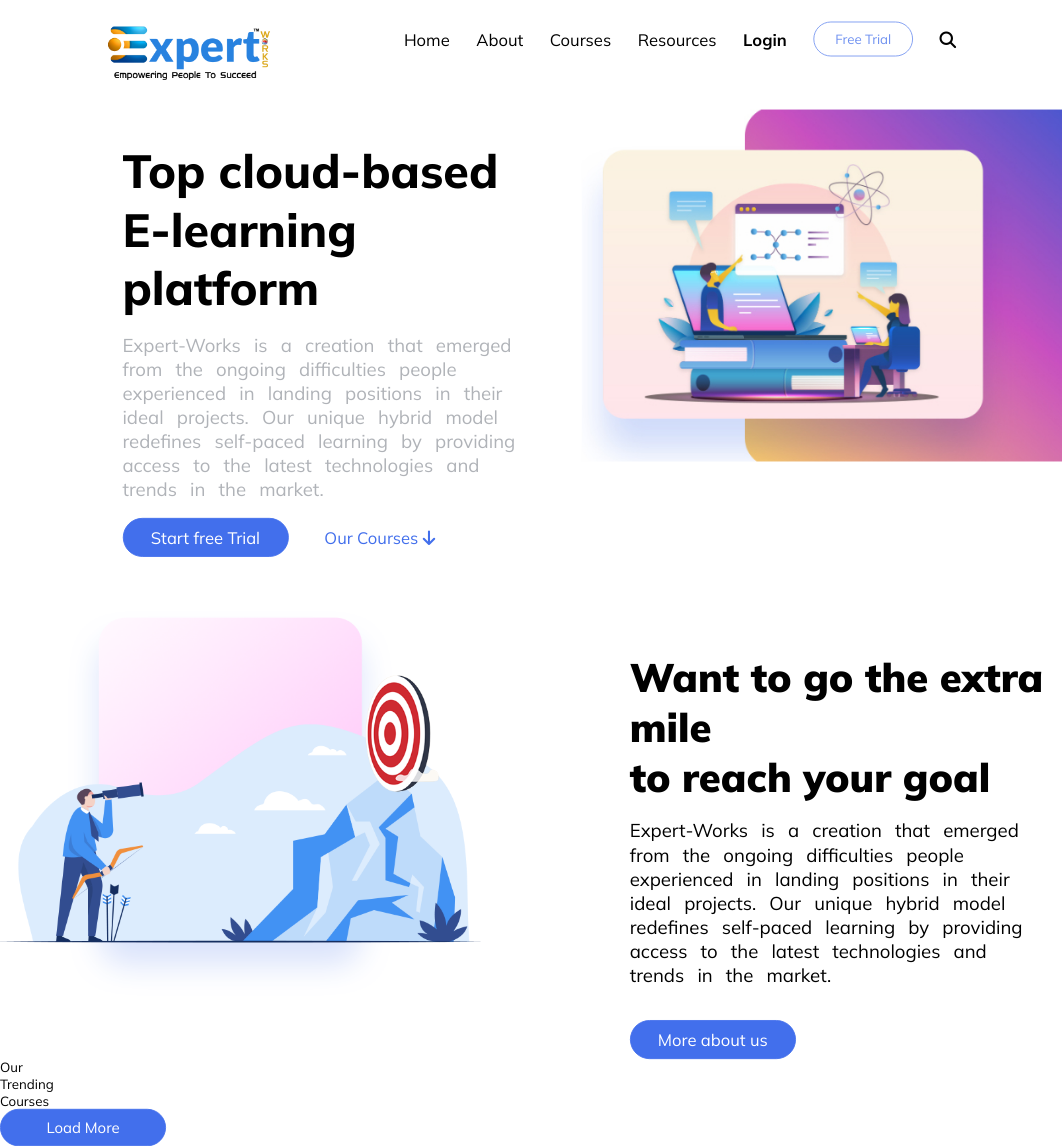
Repository: FlyweisReact/Raghu-B2C
Page: /homePage
The author's editor kept a copy of each file at every save. The page is drawn from the files as they stood at one save, then again after the next save.
The browser window is 1280 px wide. The pictures show the whole page, at 83% of full size.
Some web libraries are served in a nearby version. The project was rebuilt for these pictures with package versions that can differ from the ones it lists, and the page was loaded fresh each time. Also part of the build but not shown: src/Footer/footer.scss, src/Footer/Footer.jsx, src/component/pages/courses/course.scss, src/component/Navbar/nav.scss, src/component/Navbar/Nav.jsx, src/component/navigation/NavItems.js, src/component/navigation/Dropdown.css, src/component/navigation/Dropdown.js and 43 more.

Above is the page before, as saved 2023-02-03 15:54:03.

After the next save:
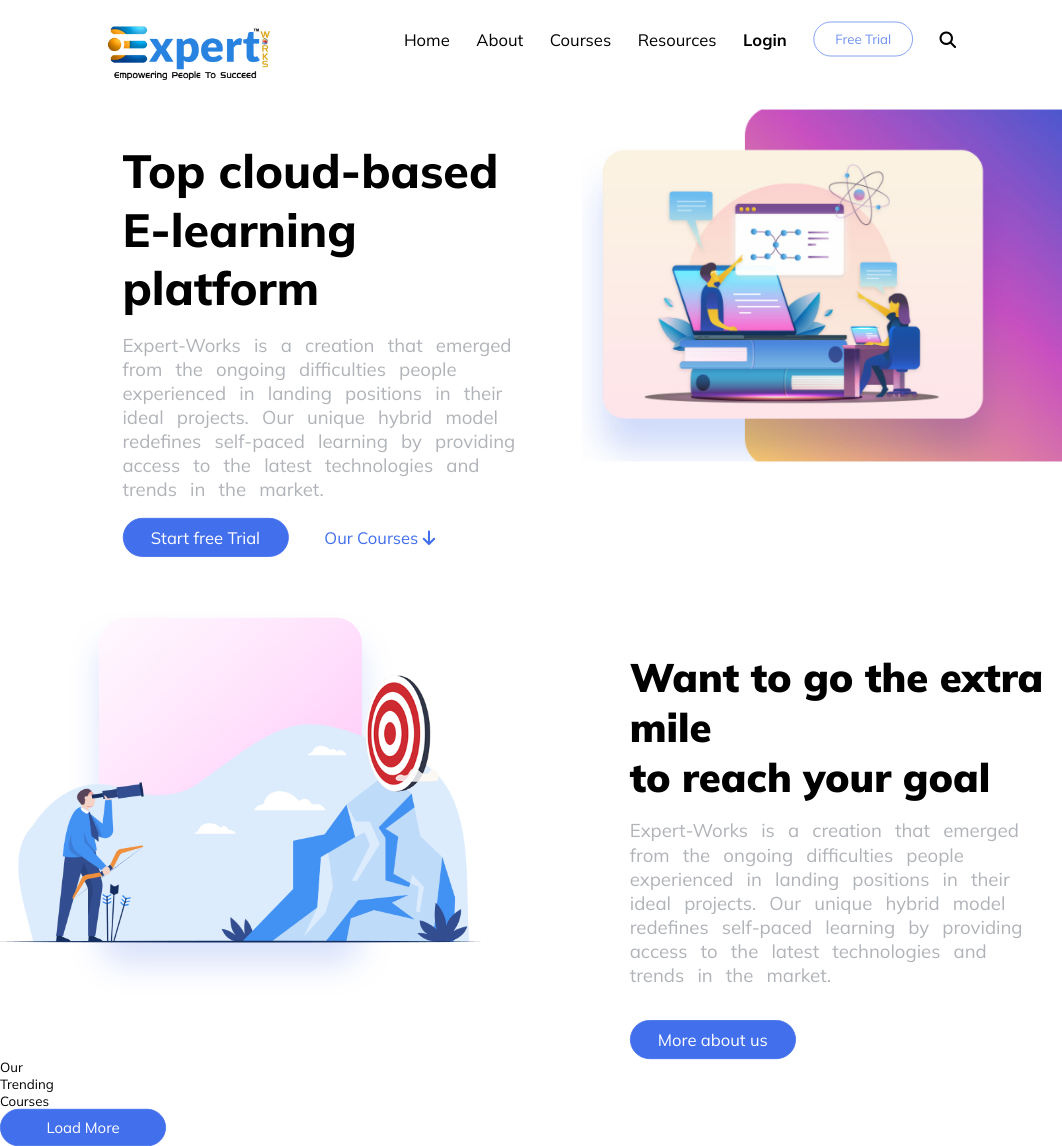
Saved 15 s later.
--- a/src/HomePage.css
+++ b/src/HomePage.css
@@ -104,6 +104,7 @@
     font-size: 1.4rem;
     margin-top: 20px;
     margin-left: 10%;
+    color: #b0b3b8;
 }
 .mainSecTwo2 .right .btns{
     display: flex;
